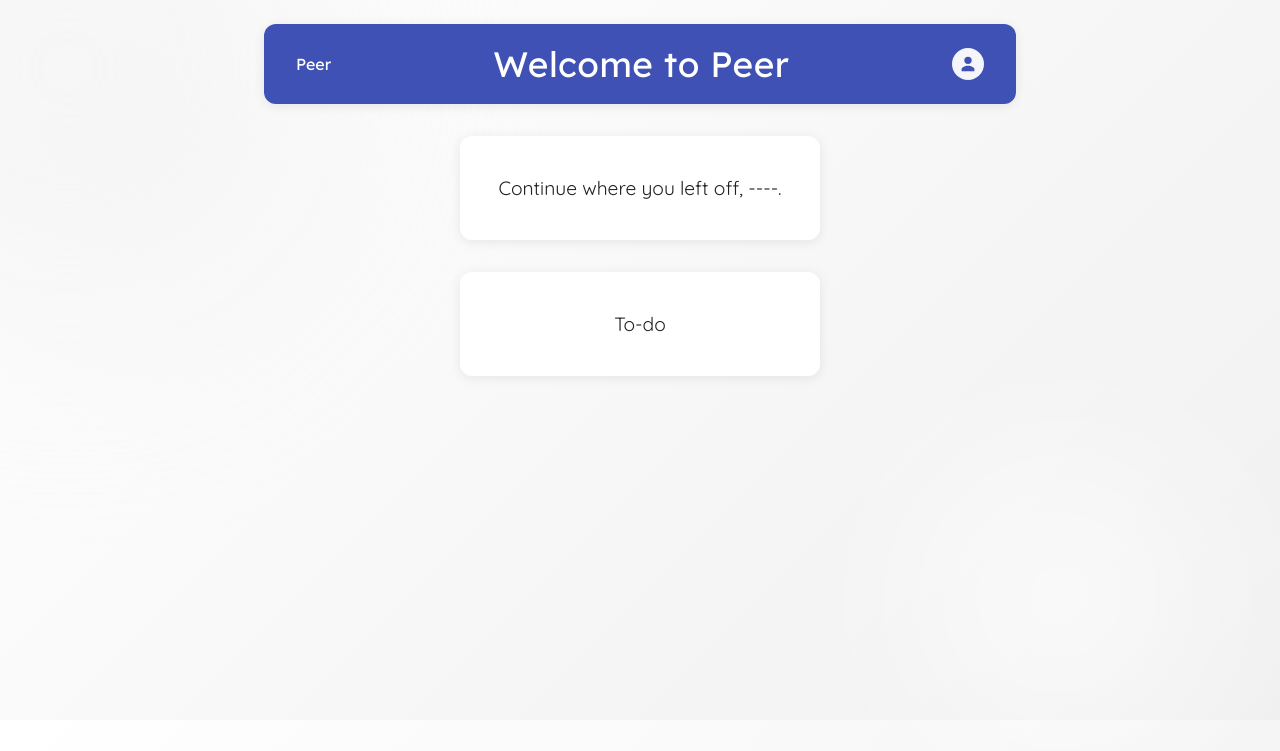
Repository: saifg123/Peer
Page: home.html
An editor plug-in stored every save of this project. The page is shown before and after the next save, followed by the edit.
The browser window is 1280 px wide. The pictures show the whole page.

Above is the page before, as saved 2025-05-24 20:51:59.

### home.html
<!DOCTYPE html>
<html lang="en">
<head>
  <meta charset="UTF-8" />
  <title>Peer – Home</title>
  <link
    href="https://fonts.googleapis.com/css2?family=Lexend:wght@100..900&family=Quicksand:wght@300..700&family=Rubik:ital,wght@0,300..900;1,300..900&display=swap"
    rel="stylesheet"
  />

  <style>
    /* ==============================================
       GLOBAL RESET & BODY SETUP
       ============================================== */
    * { box-sizing: border-box; margin: 0; padding: 0; }
    html, body {
      height: 100%;
      font-family: 'Quicksand', sans-serif;
    }
    body::after {
  /* existing styles... */
  transition: background 2s ease, filter 2s ease, opacity 2s ease;
}
    body {
      position: relative;
      background: linear-gradient(135deg, #b3b3f5 0%, #ffe3e3 100%);
      transition: background 2s ease;
    }
    body::before,



    /* Animated blobs */
    body::before, body::after {
      content: "";
      position: absolute;
      border-radius: 50%;
      opacity: 0.5;
      animation: float 10s ease-in-out infinite alternate;
    }
    body::before {
      width: 500px; height: 500px;
      background: #fff;
      top: -200px; left: -200px;
      filter: blur(150px);
      animation-duration: 12s;
    }
    body::after {
      width: 300px; height: 300px;
      background: #3f51b5;
      top: 60%; left: 70%;
      filter: blur(100px);
      animation-duration: 8s;
      animation-delay: 2s;
    }
    @keyframes float {
      to { transform: translate3d(50px,50px,0) scale(1.1); opacity: 0.7; }
    }

    /* Subtle stripe texture */
    .stripe-overlay {
      pointer-events: none;
      position: absolute;
      inset: 0;
      background-image: repeating-linear-gradient(
        45deg,
        rgba(255,255,255,0.05) 0px,
        rgba(255,255,255,0.05) 2px,
        transparent 2px,
        transparent 4px
      );
      z-index: 1;
    }

    /* ==============================================
       CONTAINER & POSITIONING
       ============================================== */
    .container {
      position: relative;
      max-width: 800px;
      margin: 0 auto;
      padding: 24px;
      height: 100%;
      display: flex;
      flex-direction: column;
      align-items: center;
      justify-content: start;
      gap: 32px;
      z-index: 2; /* above blobs */
    }

    /* ==============================================
       HEADER
       ============================================== */
    .header {
      width: 100%;
      display: flex;
      align-items: center;
      justify-content: space-between;
      background: #3f51b5;
      padding: 18px 32px;
      border-radius: 12px;
      box-shadow: 0 2px 12px rgba(0,0,0,0.08);
    }
    .header-title {
      font-family: 'Lexend', sans-serif;
      display: flex;
      align-items: center;
      gap: 162px;
      color: #fff;
    }
    .header-home {
      font-size: 2.2rem;
      font-weight: 400;
      letter-spacing: 0.5px;
    }
    .guest-icon {
      width: 32px; height: 32px;
      background: #f5f6fa;
      border-radius: 50%;
      display: flex;
      align-items: center;
      justify-content: center;
    }
    .guest-icon svg {
      width: 22px; height: 22px;
      fill: #3f51b5;
    }

    /* ==============================================
       BOXES
       ============================================== */
    .box {
      background: #fff;
      border-radius: 12px;
      box-shadow: 0 2px 12px rgba(0,0,0,0.08);
      padding: 40px 32px;
      width: 100%;
      max-width: 360px;
      text-align: center;
      font-size: 1.2rem;
      color: #222;
      cursor: default;
      transition: background 0.3s ease;
    }
    .box:hover {
      background: #b3b3f5;
    }
    .continue-box { cursor: pointer; }
    .to-do-box { display: flex; align-items: center; justify-content: center; }

    /* ==============================================
       FADE-IN ANIMATION
       ============================================== */
    @keyframes fadeIn {
      from { opacity: 0; transform: translateY(10px); }
      to   { opacity: 1; transform: translateY(0); }
    }
    .fade-in {
      opacity: 0;
      animation: fadeIn 0.5s ease forwards;
    }
    /* stagger */
    .header.fade-in       { animation-delay: 0s; }
    .continue-box.fade-in { animation-delay: 0.5s; }
    .to-do-box.fade-in    { animation-delay: 1s; }
  </style>

 <script>
  document.addEventListener('DOMContentLoaded', () => {
    // click handler
    const box = document.querySelector('.continue-box');
    if (box) {
      box.addEventListener('click', () => {
        window.location.href = 'app.html';
      });
    }
    // trigger fade-ins
    document.querySelectorAll('.fade-in')
      .forEach(el => el.classList.add('fade-in'));
  });

  window.addEventListener('load', () => {
    // Animate background
    document.body.style.background = 'linear-gradient(135deg, #fff 0%, #f0f0f0 100%)';

    // Animate blobs after delay (optional)
    setTimeout(() => {
      const before = document.createElement('style');
      before.textContent = `
        body::before {
          background: #f0f0f0 !important;
          filter: blur(100px) !important;
        }
        body::after {
          background: #ffffff !important;
          filter: blur(80px) !important;
        }
      `;
      document.head.appendChild(before);
    }, 0);
  });
</script>

</head>

<body>
  <div class="stripe-overlay"></div>

  <div class="container">
    <div class="header fade-in">
      <div class="header-title">
        Peer <span class="header-home">Welcome to Peer</span>
      </div>
      <div class="guest-icon">
        <svg viewBox="0 0 24 24">
          <circle cx="12" cy="8" r="4"/>
          <path d="M12 14c-4 0-7 2-7 4v2h14v-2c0-2-3-4-7-4z"/>
        </svg>
      </div>
    </div>

    <div class="continue-box box fade-in">
      Continue where you left off, ----.
    </div>

    <div class="to-do-box box fade-in">
      To-do
    </div>
  </div>
</body>
</html>

After the next save:
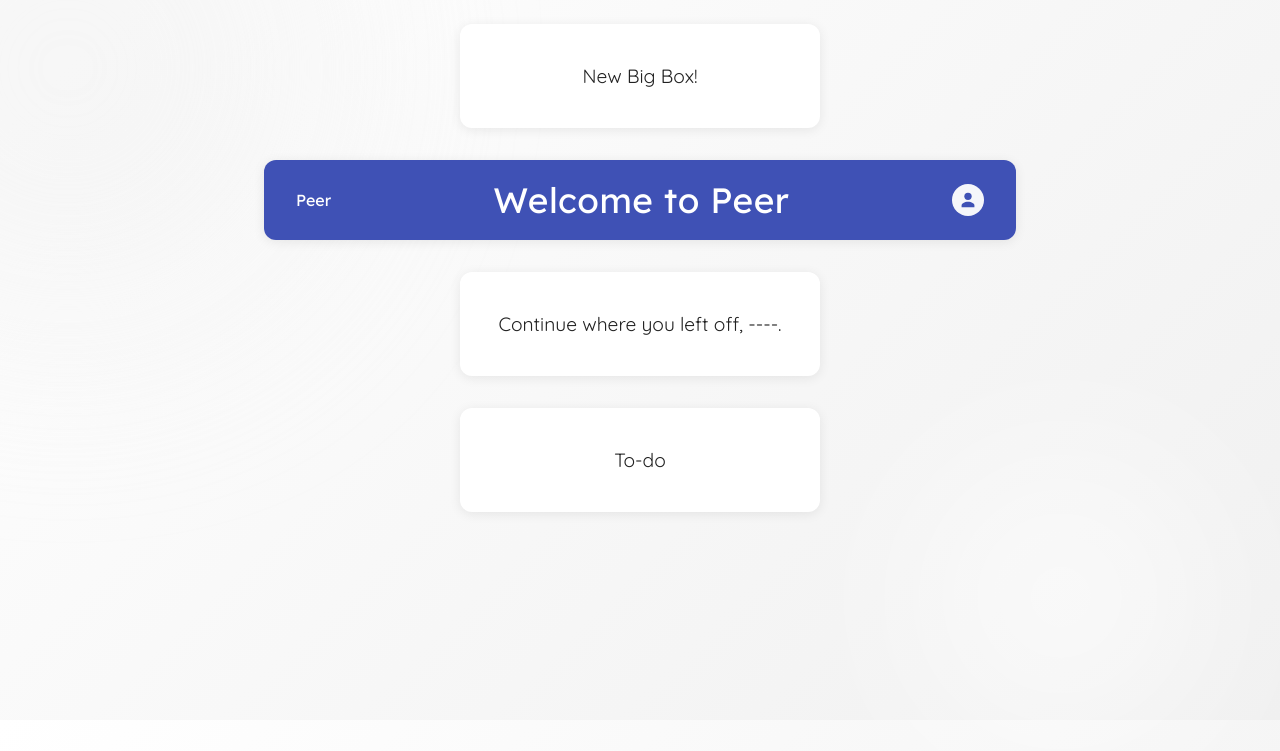
Saved 5 min 41 s later.
--- a/home.html
+++ b/home.html
@@ -208,6 +208,7 @@
   <div class="stripe-overlay"></div>
 
   <div class="container">
+    <div class="box new-box">New Big Box!</div>
     <div class="header fade-in">
       <div class="header-title">
         Peer <span class="header-home">Welcome to Peer</span>

After the save that followed:
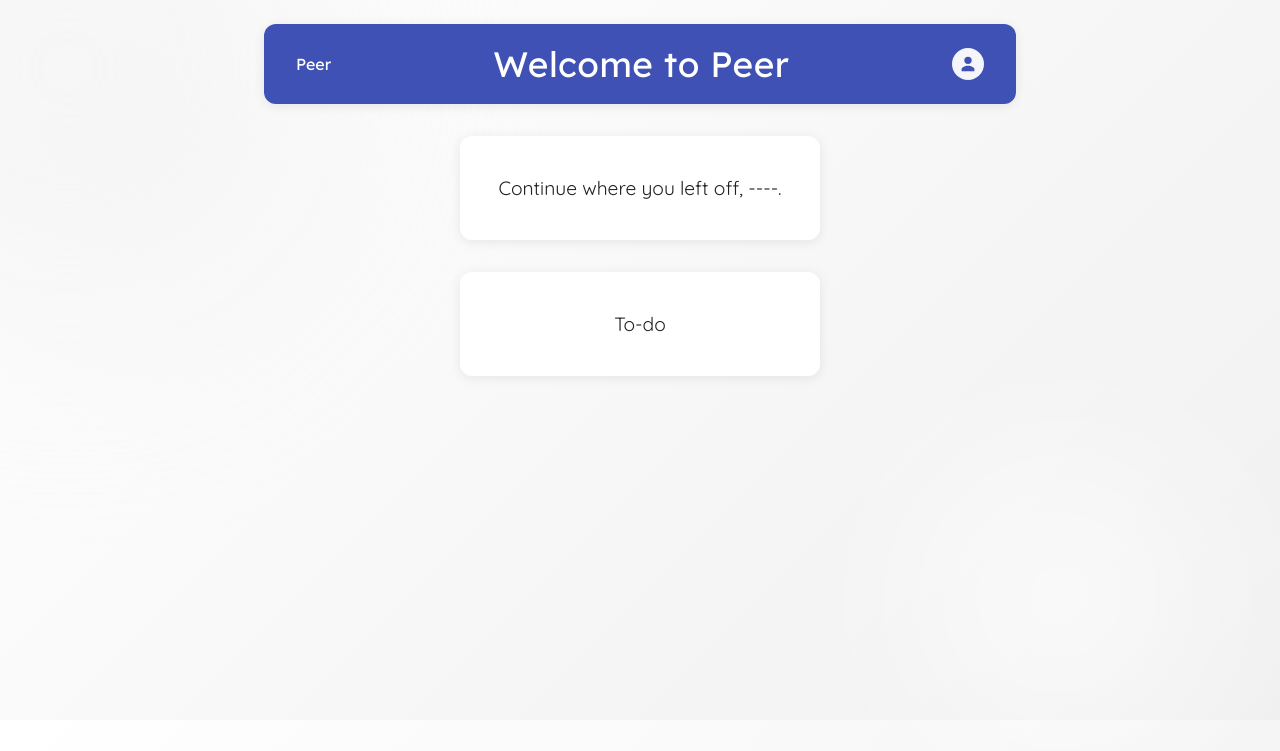
Saved 10 s later.
--- a/home.html
+++ b/home.html
@@ -208,7 +208,6 @@
   <div class="stripe-overlay"></div>
 
   <div class="container">
-    <div class="box new-box">New Big Box!</div>
     <div class="header fade-in">
       <div class="header-title">
         Peer <span class="header-home">Welcome to Peer</span>
